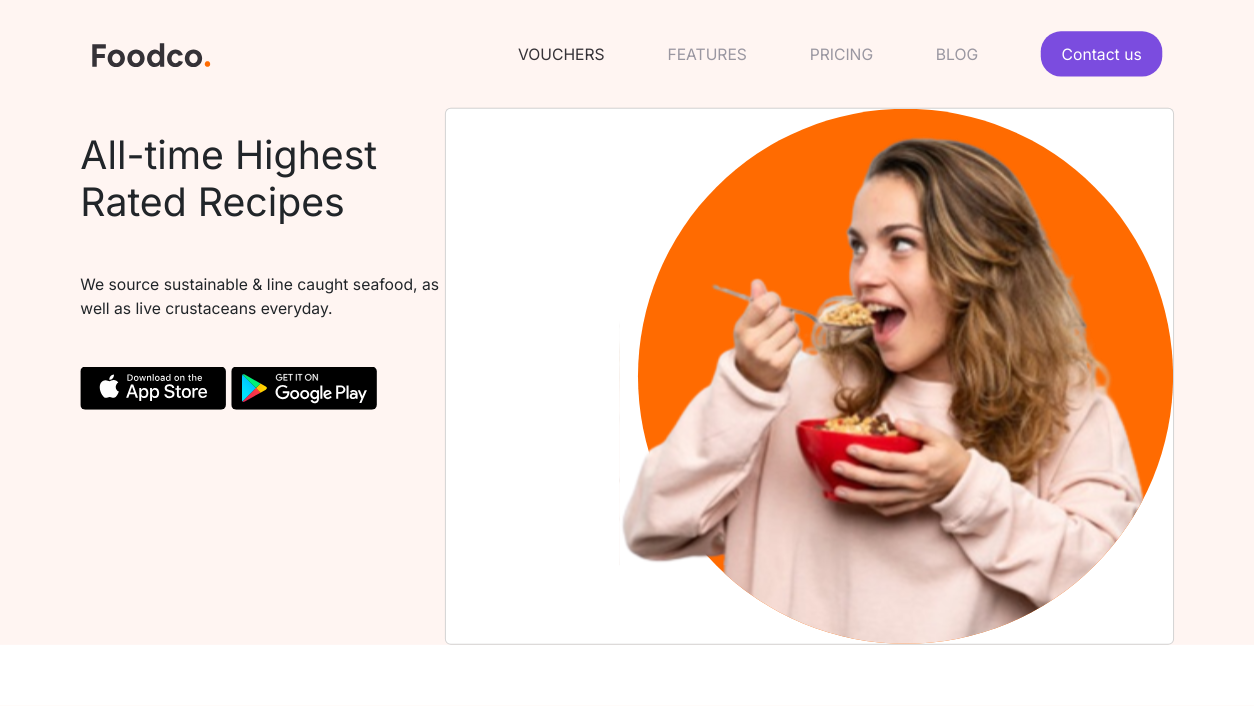
Repository: badhon252/Foodco
Page: index.html
The author's editor kept a copy of each file at every save. The page is drawn from the files as they stood at one save, then again after the next save.
The browser window is 1280 px wide. The pictures show the whole page, at 98% of full size.
The style sheet was rebuilt from its Sass, Less or Tailwind sources for each picture, by a compiler version that may differ from the author's.

Above is the page before, as saved 2022-09-15 16:28:06.

### index.html
<!DOCTYPE html>
<html lang="en">

<head>
    <meta charset="UTF-8">
    <meta http-equiv="X-UA-Compatible" content="IE=edge">
    <meta name="viewport" content="width=device-width, initial-scale=1.0">
    <!-- bootstrap cdn link  -->
    <!-- I'm using bootstrap 5 for this project, Let's code!  -->
    <!-- CSS only -->
    <link href="https://cdn.jsdelivr.net/npm/bootstrap@5.2.1/dist/css/bootstrap.min.css" rel="stylesheet"
        integrity="sha384-iYQeCzEYFbKjA/T2uDLTpkwGzCiq6soy8tYaI1GyVh/UjpbCx/TYkiZhlZB6+fzT" crossorigin="anonymous">

    <link rel="stylesheet" href="scss/style.css">
    <title>FoodCo</title>
</head>

<body>

    <main id="header">
        <header class="container">

            <nav class="navbar navbar-expand-lg py-3">
                <div class="container-fluid">
                    <a class="navbar-brand" href="#"><img src="./image/logo.svg" alt=""></a>
                    <button class="navbar-toggler" type="button" data-bs-toggle="collapse" data-bs-target="#navbarNav"
                        aria-controls="navbarNav" aria-expanded="false" aria-label="Toggle navigation">
                        <span class="navbar-toggler-icon"></span>
                    </button>
                    <div class="collapse navbar-collapse" id="navbarNav">
                        <ul class="navbar-nav ms-auto py-3">
                            <li class="nav-item">
                                <a class="nav-link active" aria-current="page" href="#">Vouchers</a>
                            </li>
                            <li class="nav-item">
                                <a class="nav-link" href="#">Features</a>
                            </li>
                            <li class="nav-item">
                                <a class="nav-link" href="#">Pricing</a>
                            </li>
                            <li class="nav-item">
                                <a class="nav-link" href="">Blog</a>
                            </li>
                            <button class="btn">Contact us</button>
                        </ul>
                    </div>
                </div>
            </nav>

            <div class="header-content">
                <div class="k-row">
                    <div class="col-md-4">
                        <h1 class="my-4">All-time <span>Highest</span> Rated Recipes</h1>
                        <p class="my-5">We source sustainable & line caught seafood, as well as live crustaceans
                            everyday.</p>
                        <div class="app-link">
                            <img src="./image/app_store.svg" alt="">
                            <img src="./image/Playstore.svg" alt="">
                        </div>
                    </div>
                    <div class="col-md-8 ">
                        <div class="card">
                            <img src="./image/Group 18525.svg" alt="" class="ms-auto">
                        </div>
                    </div>
                </div>
            </div>
        </header>
    </main>

</body>

</html>

### scss/style.scss
@import url("https://fonts.googleapis.com/css2?family=Inter:wght@400;600;700;800;900&display=swap");
@font-face {
  font-family: circular;
  src: url(../fonts/Circular_Std_Font.otf);
}
@font-face {
  font-family: AirbnbCereal_W_Bd;
  src: url(../fonts/AirbnbCereal_W_Bd.otf);
}
@font-face {
  font-family: AirbnbCereal_W_Bk;
  src: url(../fonts//AirbnbCereal_W_Bk.otf);
}
@font-face {
  font-family: AirbnbCereal_W_Blk;
  src: url(../fonts/AirbnbCereal_W_Blk.otf);
}
@font-face {
  font-family: AirbnbCereal_W_Lt;
  src: url(../fonts/AirbnbCereal_W_Lt.otf);
}
@font-face {
  font-family: AirbnbCereal_W_Md;
  src: url(../fonts/AirbnbCereal_W_Md.otf);
}
@font-face {
  font-family: AirbnbCereal_W_XBd;
  src: url(../fonts/AirbnbCereal_W_XBd.otf);
}
* {
  margin: 0;
  padding: 0;
  box-sizing: border-box;
  font-family: "Inter", sans-serif;
  //   font-family: circular;
}
// .container {
//   margin: 2rem 14rem;
// }
// .btn,
// .link {
//   cursor: pointer;
// }
.link {
  text-decoration: none;
  color: #353237;
}
.btn {
  outline: none;
  border: none;
  padding: 12px 25px;
  font-size: 1rem;
  font-weight: 400;
}
.active {
  color: #353237 !important;
}
li {
  list-style-type: none;
}
.py-1 {
  padding: 1rem 0;
}
.py-2 {
  padding: 2rem 0;
}
.py-3 {
  padding: 3rem 0;
}
.py-4 {
  padding: 4rem 0;
}
.my-1 {
  margin: 1rem 0;
}
.my-1 {
  margin: 1rem 0;
}
.my-2 {
  margin: 2rem 0;
}
.my-3 {
  margin: 3rem 0;
}
.my-4 {
  margin: 4rem 0;
}
.my-5 {
  margin: 5rem 0;
}

// =======================
//===========================
#header {
  background-color: #fff5f2;

  .navbar {
    .navbar-nav {
      align-items: center;
      .nav-item {
        margin: 0 1.5rem;
        .nav-link {
          font-weight: 500;
          font-size: 1rem;
          line-height: 20px;
          text-transform: uppercase;
          color: #9a97a1;
          //   color: #353237;
          &:hover {
            color: #353237;
          }
        }
      }
      .btn {
        background-color: #7b4cdf;
        border-radius: 20.5px;
        color: #fff;
        margin-left: 2rem;
        padding: 11px 21px;
      }
    }
  }

  .header-content {
    .k-row {
      display: flex;
      justify-content: space-between !important;
    }
  }
}

After the next save:
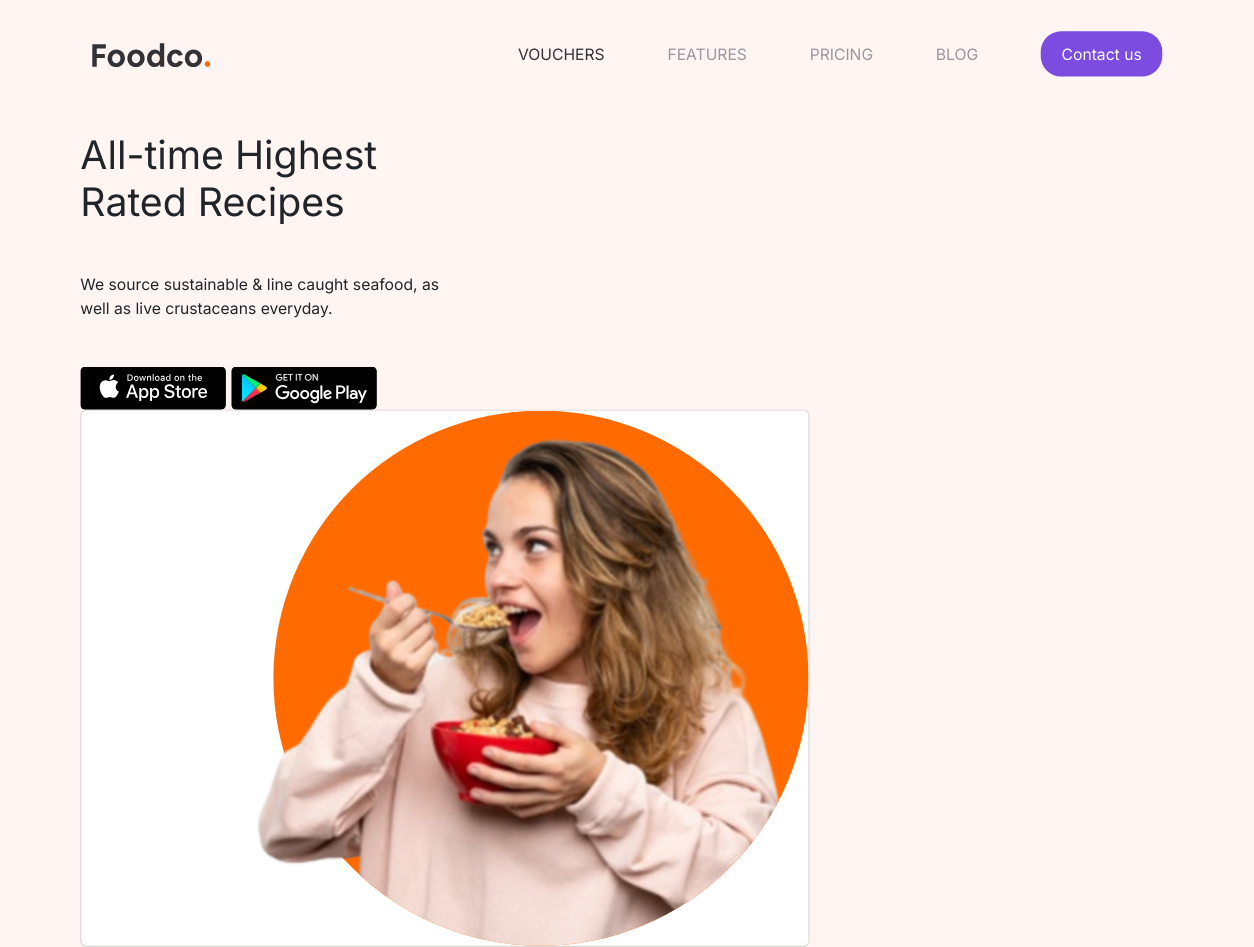
Saved 5 s later.
--- a/scss/style.scss
+++ b/scss/style.scss
@@ -122,7 +122,7 @@
   }
 
   .header-content {
-    .k-row {
+    .row {
       display: flex;
       justify-content: space-between !important;
     }

After the save that followed:
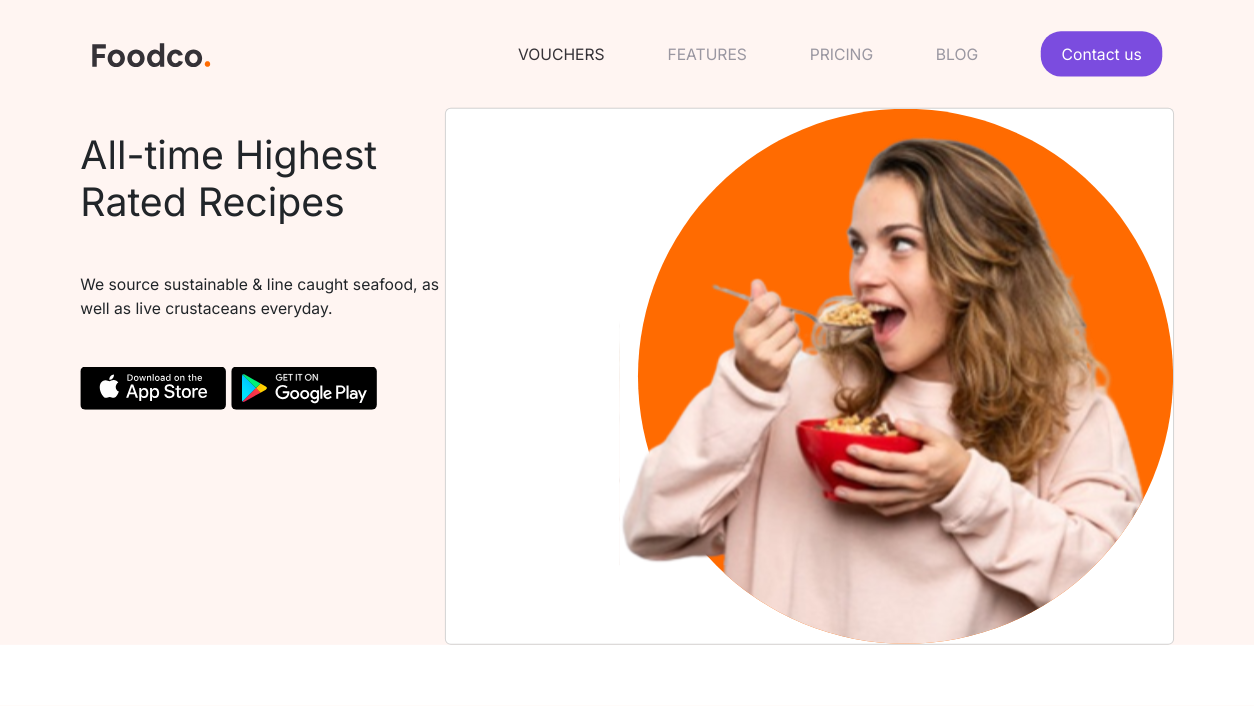
Saved 8 s later.
--- a/scss/style.scss
+++ b/scss/style.scss
@@ -122,7 +122,7 @@
   }
 
   .header-content {
-    .row {
+    .k-row {
       display: flex;
       justify-content: space-between !important;
     }
